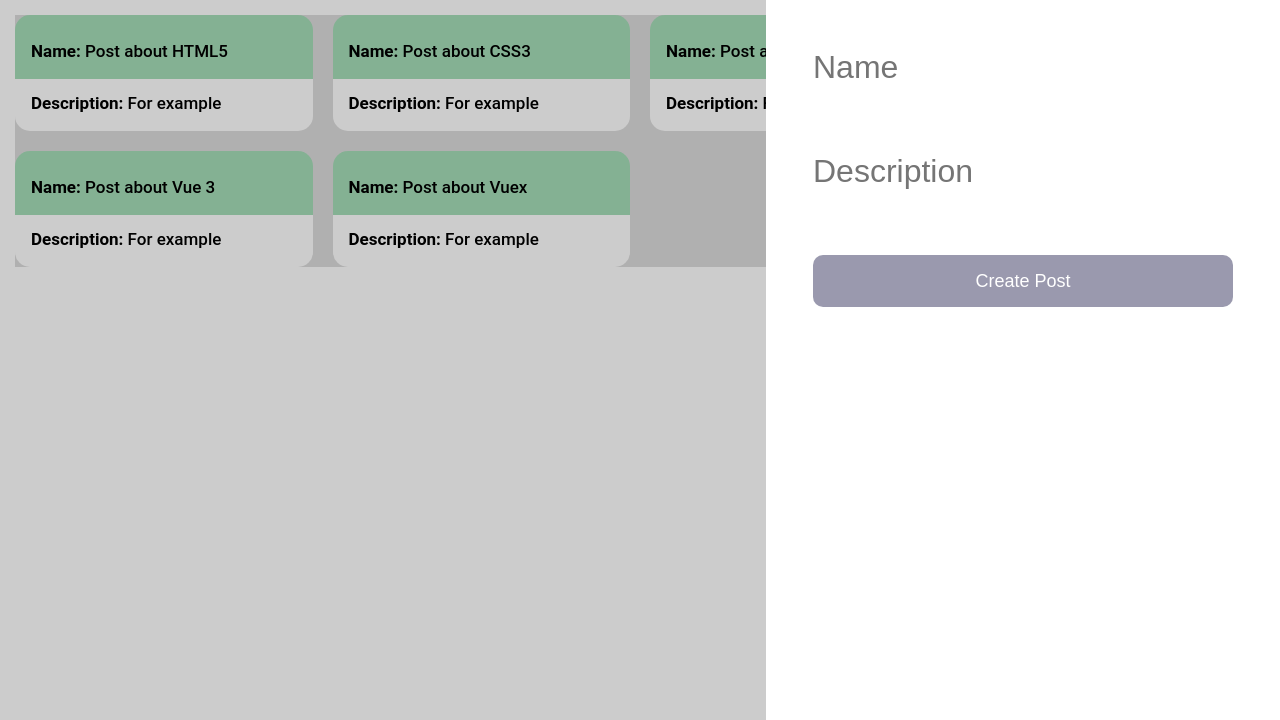
Repository: Axeliriya/vue-todo
Page: /
An editor plug-in stored every save of this project. The page is shown before and after the next save, followed by the edit.
The browser window is 1280 px wide. The pictures show the whole page.
The project was rebuilt for these pictures with package versions that can differ from the ones it lists, and the page was loaded fresh each time. Also part of the build but not shown: vue.config.js.

Above is the page before, as saved 2022-04-01 20:43:20.

After the next save:
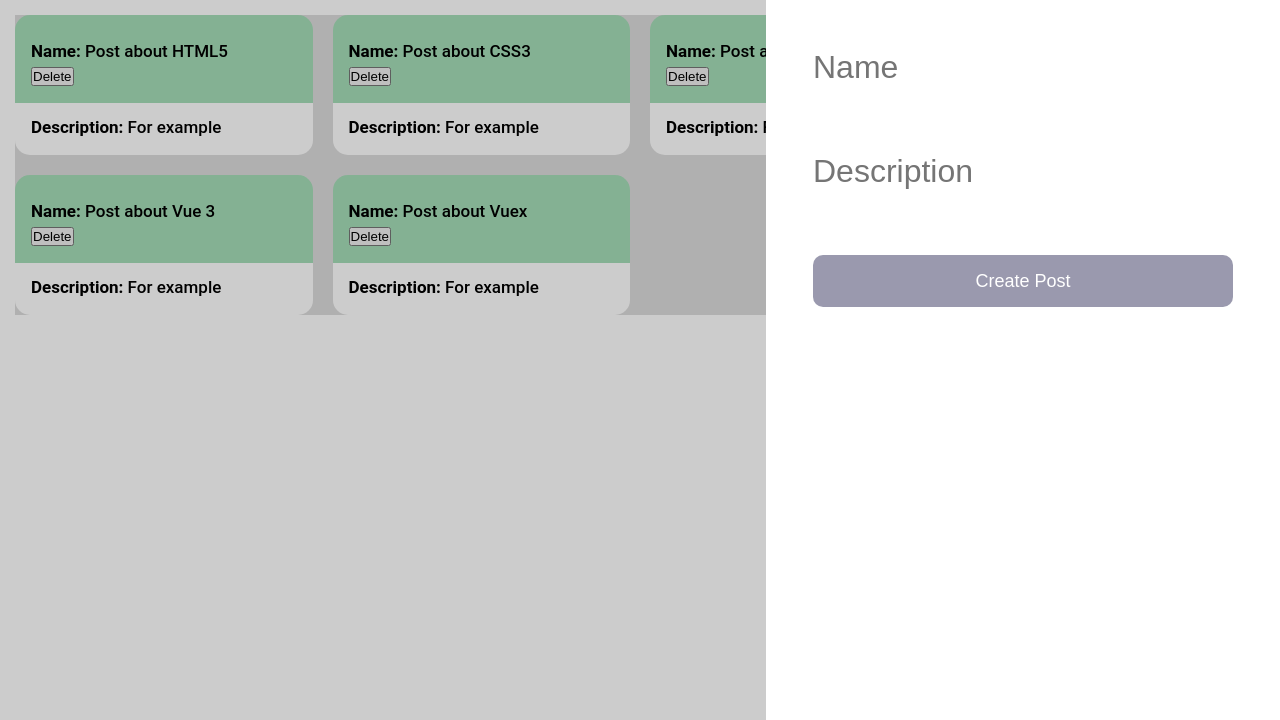
Saved 19 s later.
--- a/src/components/PostItem.vue
+++ b/src/components/PostItem.vue
@@ -2,6 +2,7 @@
   <li class="post">
     <div class="post__name">
       <div><strong>Name: </strong>{{ post.title }}</div>
+      <div><button>Delete</button></div>
     </div>
     <div class="post__description">
       <strong>Description: </strong>{{ post.body }}
